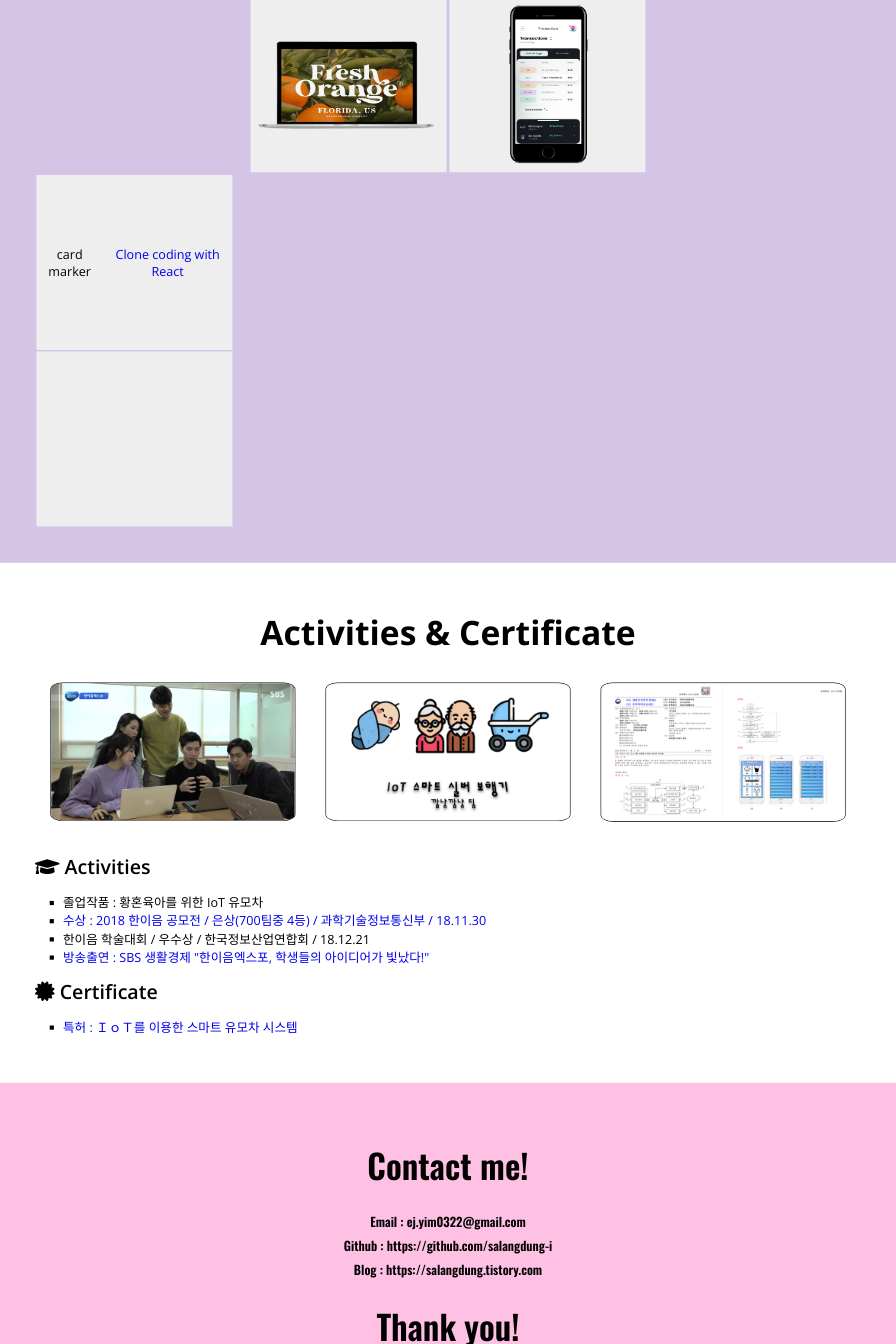
Repository: salangdung-i/portfolio
Page: index.html
These files come from the project's save history. The page is drawn as it stood at one moment and after the next save; the edit follows.
The browser window is 1280 px wide. The pictures show the part of the page from y = 3980 to 5900 px (the page is 5991 px tall before and 5485 px after), at 70% of full size.
Some web fonts or font styles are not loaded; a fallback is used. Some web libraries are served in a nearby version.

Above is the page before, as saved 2021-12-27 12:50:49.

After the next save:
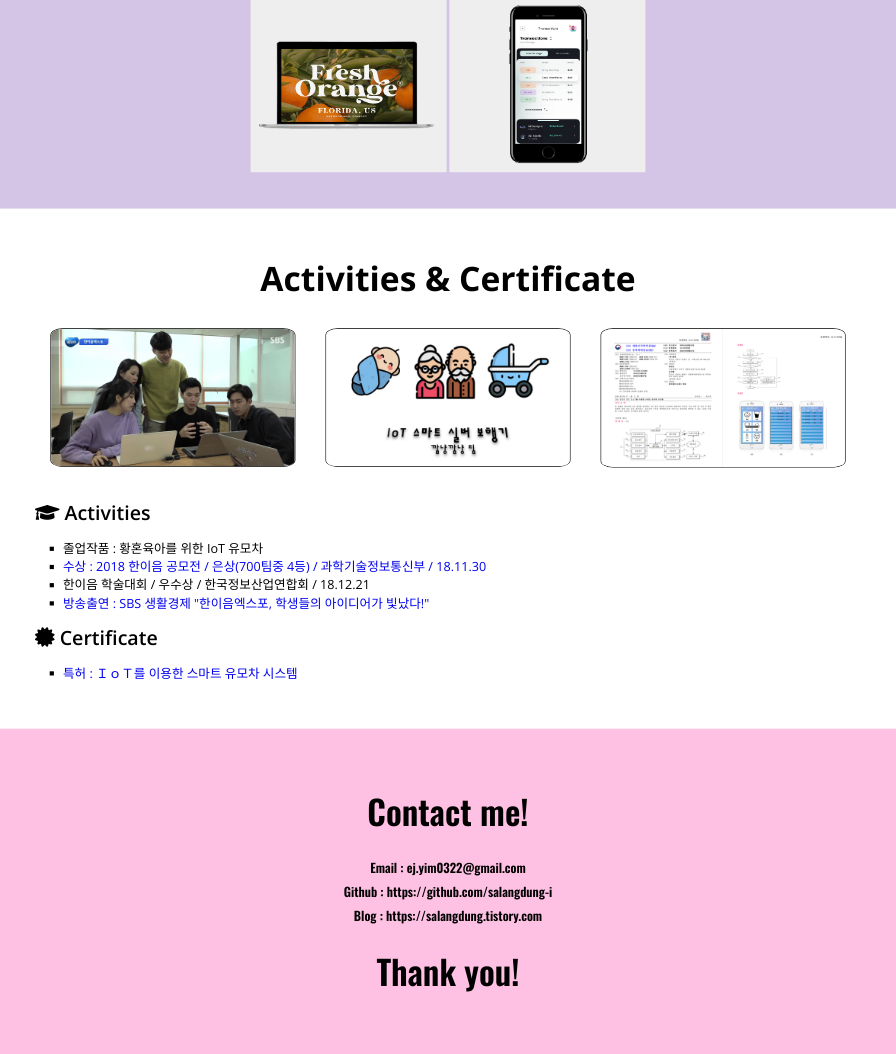
Saved 14 s later.
--- a/index.html
+++ b/index.html
@@ -247,15 +247,14 @@
         </a>
 
         <a href="https://github.com/salangdung-i/business-card-marker" class="project" target="blank" data-type="react">
-          <img class="project__img" src="imgs/projects/project7.png" alt="business-card-marker imgs>
+          <img class="project__img" src="imgs/projects/project7.png" alt="business-card-marker imgs">
           <div class=" project__description">
-      </div>
-      <h3>card marker</h3>
-      <span>Clone coding with React</span>
-
-    </div>
-    </a>
-    </div>
+            <h3>card marker</h3>
+            <span>Clone coding with React</span>
+
+          </div>
+        </a>
+      </div>
     </div>
     </div>
     </div>
